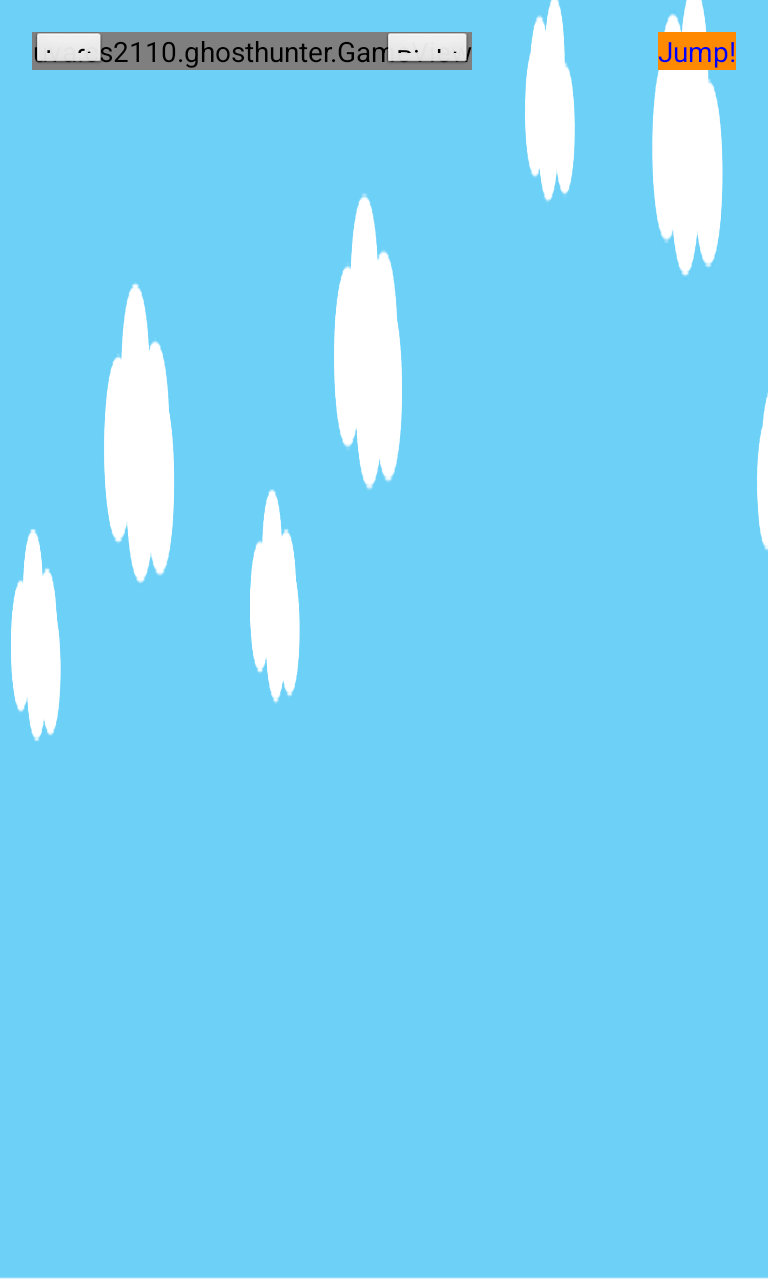
Repository: Daniel-Hoerauf/Ghost-Hunter
Layout: GhostHunter/res/layout/game_main.xml
The author's editor kept a copy of each file at every save. The layout is drawn from the files as they stood at one save, then again after the next save.
Pictures or frames that could not be fetched are drawn as grey boxes. It is drawn on a 768 x 1280 px phone screen (xhdpi) without system bars, with theme AppTheme; the app's code is not run.

Above is the layout before, as saved 2014-12-01 22:25:03.

### GhostHunter/res/layout/game_main.xml
<?xml version="1.0" encoding="utf-8"?>
<RelativeLayout xmlns:android="http://schemas.android.com/apk/res/android"
    android:layout_width="fill_parent"
    android:layout_height="fill_parent"
    android:background="@drawable/background2"
    android:paddingBottom="@dimen/activity_vertical_margin"
    android:paddingLeft="@dimen/activity_horizontal_margin"
    android:paddingRight="@dimen/activity_horizontal_margin"
    android:paddingTop="@dimen/activity_vertical_margin"
    android:theme="@android:style/Theme.Black.NoTitleBar" >

    <Button
        android:id="@+id/shootButton"
        android:layout_width="wrap_content"
        android:layout_height="wrap_content"
        android:layout_alignParentLeft="true"
        android:layout_marginBottom="32dp"
        android:background="#FF8900"
        android:text="@string/shoot_text"
        android:textColor="#0000FF" />

    <Button
        android:id="@+id/jumpButton"
        android:layout_width="wrap_content"
        android:layout_height="wrap_content"
        android:layout_alignParentRight="true"
        android:layout_marginBottom="22dp"
        android:background="#FF8900"
        android:text="@string/jump_text"
        android:textColor="#0000FF" />

    <uva.cs2110.ghosthunter.GameView
        android:id="@+id/gameView1"
        android:layout_width="wrap_content"
        android:layout_height="wrap_content" />

    <Button
        android:id="@+id/MovementRight"
        style="?android:attr/buttonStyleSmall"
        android:layout_width="wrap_content"
        android:layout_height="wrap_content"
        android:layout_alignBottom="@+id/gameView1"
        android:layout_alignRight="@+id/gameView1"
        android:text="Right" />

    <Button
        android:id="@+id/MovementLeft"
        style="?android:attr/buttonStyleSmall"
        android:layout_width="wrap_content"
        android:layout_height="wrap_content"
        android:layout_alignBottom="@+id/gameView1"
        android:layout_alignLeft="@+id/gameView1"
        android:text="Left" />


</RelativeLayout>

### GhostHunter/res/values/strings.xml
<?xml version="1.0" encoding="utf-8"?>
<resources>

    <string name="app_name">Ghost Hunter</string>
    <string name="hello_world">Hello world!</string>
    <string name="action_settings">Settings</string>
    <string name="splash_screen">Project Ghost Hunter\nDaniel Hoerauf\nJoe Gumprich\nMarwa Abdelaziz\n Jake Bailey\nCS 2110</string>
	<string name="options_text">Options</string>
	<string name="welcome_text">Welcome to Ghost Hunter!</string>
	<string name="play_text">Play</string>
	<string name="jump_text">Jump!</string>
	<string name="shoot_text">Shoot!</string>

</resources>

Loaded but not shown: GhostHunter/res/values/styles.xml (common file); GhostHunter/res/values-v11/styles.xml (common file); GhostHunter/res/values-v14/styles.xml (common file); GhostHunter/res/values/dimens.xml (common file); GhostHunter/res/values-w820dp/dimens.xml (common file)

After the next save:
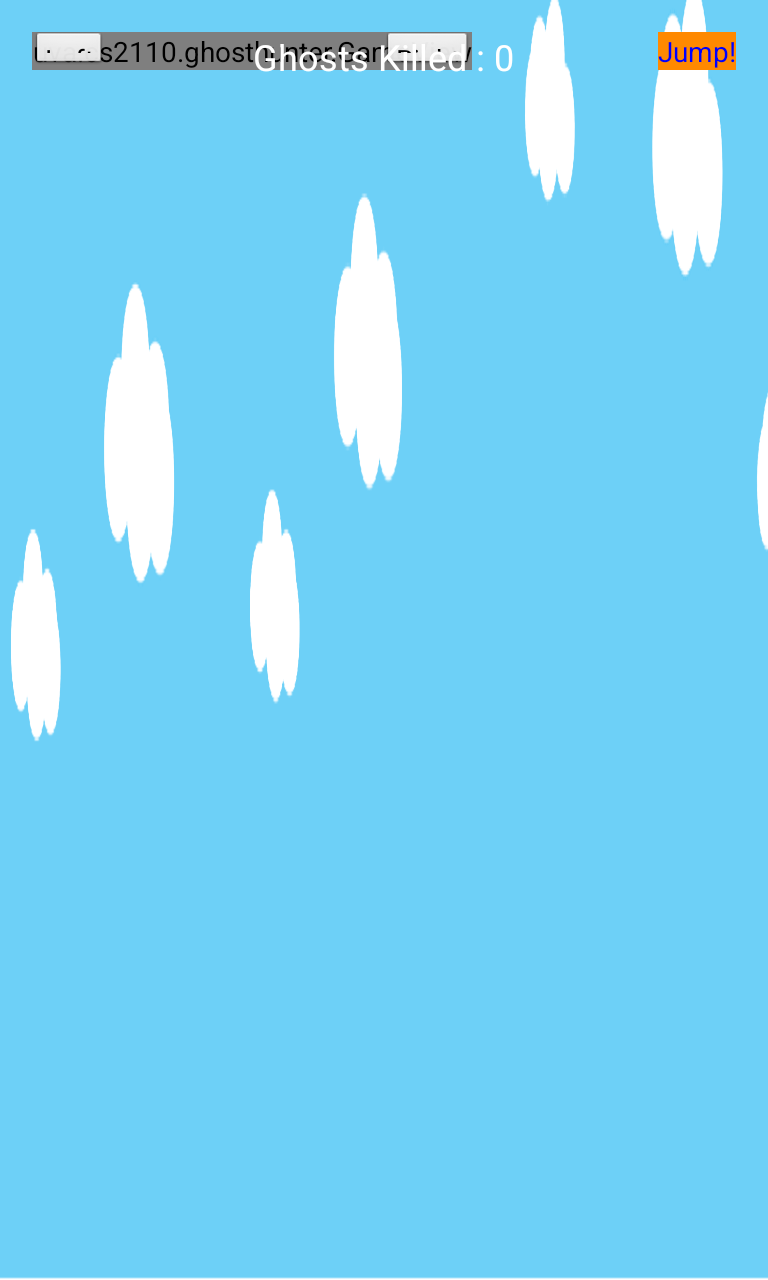
Saved 7 min 34 s later.
--- a/GhostHunter/res/layout/game_main.xml
+++ b/GhostHunter/res/layout/game_main.xml
@@ -52,5 +52,13 @@
         android:layout_alignLeft="@+id/gameView1"
         android:text="Left" />
 
+    <TextView
+        android:id="@+id/Scoreboard"
+        android:layout_width="wrap_content"
+        android:layout_height="wrap_content"
+        android:layout_alignParentTop="true"
+        android:layout_centerHorizontal="true"
+        android:text="Ghosts Killed : 0"
+        android:textAppearance="?android:attr/textAppearanceMedium" />
 
 </RelativeLayout>
